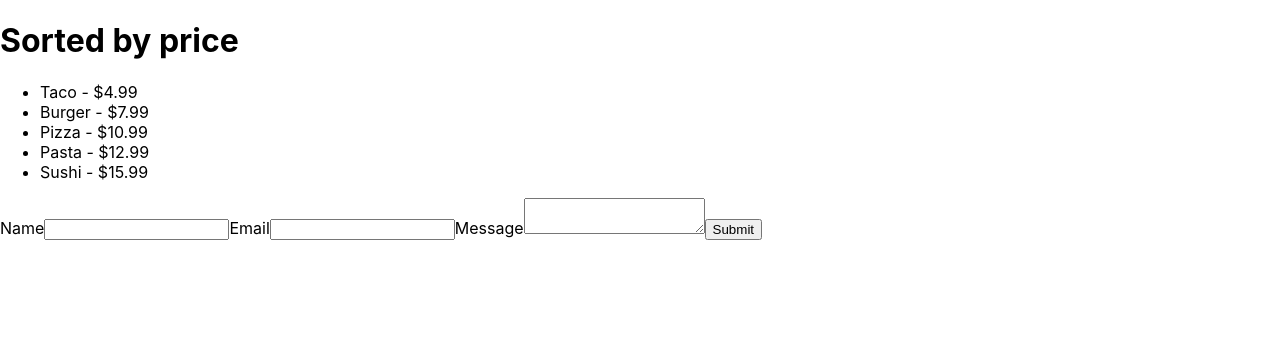
Repository: badhon252/Fullstack-Rect
Page: /
An editor plug-in stored every save of this project. The page is shown before and after the next save, followed by the edit.
The browser window is 1280 px wide. The pictures show the whole page.
The project was rebuilt for these pictures with package versions that can differ from the ones it lists, and the page was loaded fresh each time. Also part of the build but not shown: src/App.css.

Above is the page before, as saved 2023-04-13 16:48:04.

### src/App.js
import "./App.css";

const foodItems = [
  {
    id: 1,
    name: "Pizza",
    price: 10.99,
    description: "A classic pizza with tomato sauce, cheese, and pepperoni",
  },
  {
    id: 2,
    name: "Burger",
    price: 7.99,
    description: "A juicy beef burger with lettuce, tomato, and onion",
  },
  {
    id: 3,
    name: "Sushi",
    price: 15.99,
    description: "A selection of fresh sushi rolls with soy sauce and wasabi",
  },
  {
    id: 4,
    name: "Taco",
    price: 4.99,
    description: "A crispy taco with ground beef, lettuce, and cheese",
  },
  {
    id: 5,
    name: "Pasta",
    price: 12.99,
    description: "Penne pasta with tomato sauce, basil, and parmesan cheese",
  },
];

function App() {
  const listItem = foodItems
    .sort((a, b) => a.price - b.price)
    .map((dessert) => {
      const itemText = `${dessert.name} - $${dessert.price}`;
      return <li key={dessert.id}>{itemText}</li>;
    });

  const handleSubmit = (event) => {
    event.preventDefault();
    const formData = new FormData(event.target);
    const name = formData.get("name");
    const email = formData.get("email");
    const message = formData.get("message");
    console.log({ name, email, message });
  };

  return (
    <div>
      <h1>Sorted by price</h1>
      <ul>{listItem}</ul>

      <form onSubmit={handleSubmit}>
        <label htmlFor="name">Name</label>
        <input type="text" id="name" name="name" />

        <label htmlFor="email">Email</label>
        <input type="email" id="email" name="email" />

        <label htmlFor="message">Message</label>
        <textarea id="message" name="message" />

        <button type="submit">Submit</button>
      </form>
    </div>
  );
}

export default App;

Loaded but not shown: public/index.html (common file); src/index.js (common file); src/index.css (common file); src/reportWebVitals.js (common file)

After the next save:
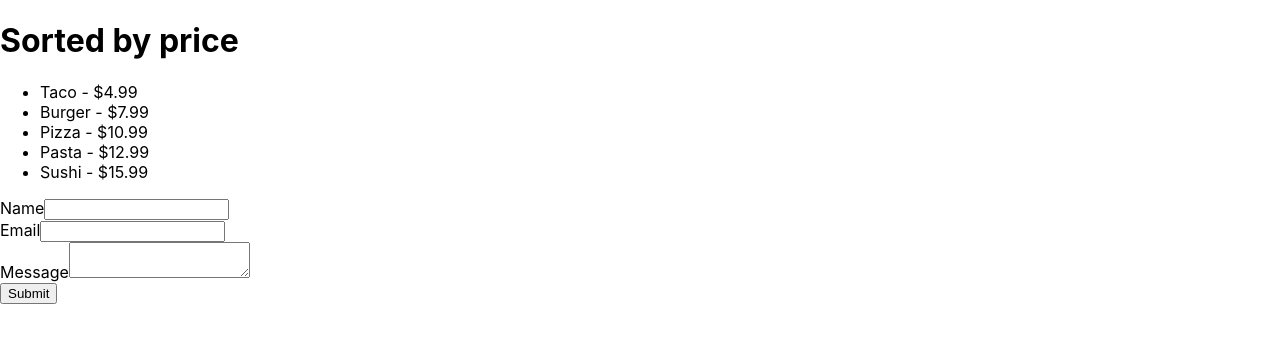
Saved 76 s later.
--- a/src/App.js
+++ b/src/App.js
@@ -58,13 +58,13 @@ function App() {
       <form onSubmit={handleSubmit}>
         <label htmlFor="name">Name</label>
         <input type="text" id="name" name="name" />
-
+        <br />
         <label htmlFor="email">Email</label>
         <input type="email" id="email" name="email" />
-
+        <br />
         <label htmlFor="message">Message</label>
         <textarea id="message" name="message" />
-
+        <br />
         <button type="submit">Submit</button>
       </form>
     </div>
